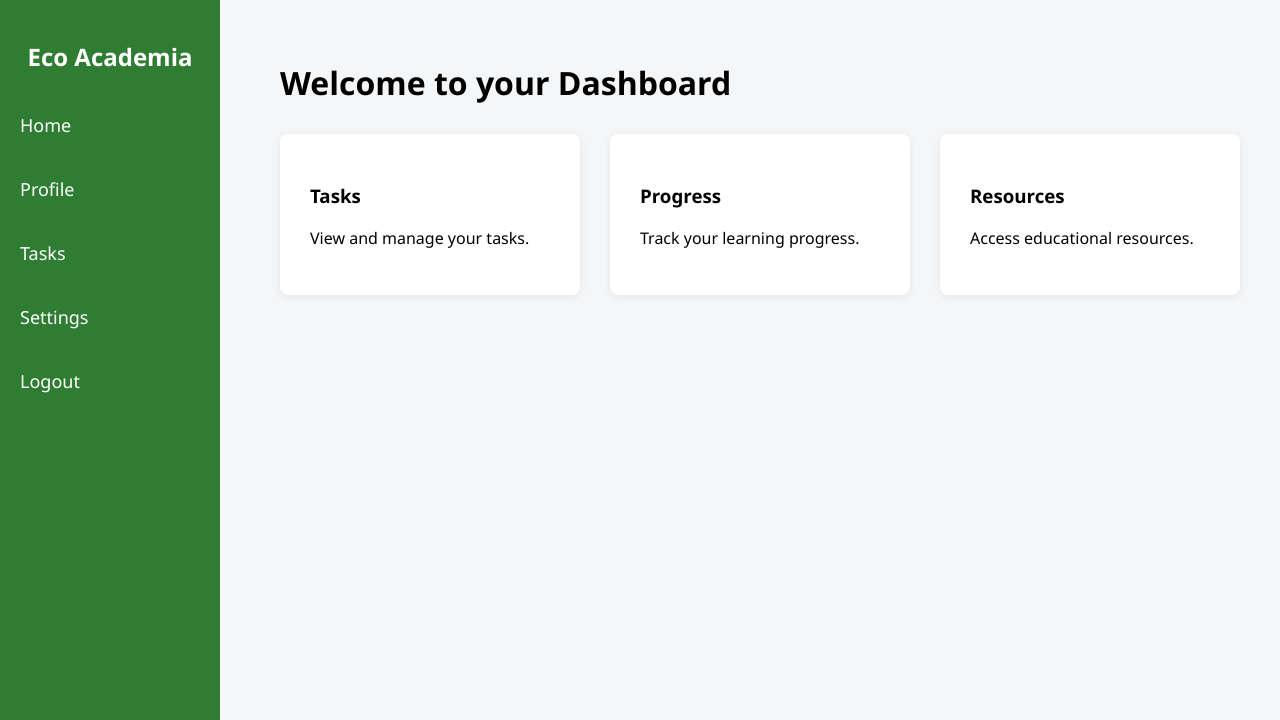
Repository: hotaruhshs/eco-academia
Page: dashboard/index.html
The author's editor kept a copy of each file at every save. The page is drawn from the files as they stood at one save, then again after the next save.
The browser window is 1280 px wide. The pictures show the whole page.

Above is the page before, as saved 2025-07-06 01:30:02.

### dashboard/index.html
<!DOCTYPE html>
<html lang="en">
  <head>
    <meta charset="UTF-8" />
    <meta name="viewport" content="width=device-width, initial-scale=1.0" />
    <title>Eco Academia Dashboard</title>
    <link rel="stylesheet" href="css/dashboard.css" />
  </head>
  <body>
    <div class="sidebar">
      <h2>Eco Academia</h2>
      <ul>
        <li><a href="#">Home</a></li>
        <li><a href="#">Profile</a></li>
        <li><a href="#">Tasks</a></li>
        <li><a href="#">Settings</a></li>
        <li><a href="#">Logout</a></li>
      </ul>
    </div>
    <div class="main-content">
      <h1>Welcome to your Dashboard</h1>
      <div class="cards">
        <div class="card">
          <h3>Tasks</h3>
          <p>View and manage your tasks.</p>
        </div>
        <div class="card">
          <h3>Progress</h3>
          <p>Track your learning progress.</p>
        </div>
        <div class="card">
          <h3>Resources</h3>
          <p>Access educational resources.</p>
        </div>
      </div>
    </div>
    <script src="js/dashboard.js"></script>
  </body>
</html>

### dashboard/css/dashboard.css
body {
  margin: 0;
  font-family: "Segoe UI", Tahoma, Geneva, Verdana, sans-serif;
  background: #f4f6f8;
}
.sidebar {
  position: fixed;
  left: 0;
  top: 0;
  width: 220px;
  height: 100%;
  background: #2e7d32;
  color: #fff;
  padding: 20px 0;
}
.sidebar h2 {
  text-align: center;
  margin-bottom: 30px;
}
.sidebar ul {
  list-style: none;
  padding: 0;
}
.sidebar ul li {
  margin: 20px 0;
}
.sidebar ul li a {
  color: #fff;
  text-decoration: none;
  font-size: 18px;
  display: block;
  padding: 10px 20px;
  border-radius: 4px;
  transition: background 0.2s;
}
.sidebar ul li a:hover {
  background: #388e3c;
}
.main-content {
  margin-left: 240px;
  padding: 40px;
}
.cards {
  display: flex;
  gap: 30px;
  margin-top: 30px;
}
.card {
  background: #fff;
  border-radius: 8px;
  box-shadow: 0 2px 8px rgba(0, 0, 0, 0.07);
  padding: 30px;
  flex: 1;
  min-width: 200px;
  transition: box-shadow 0.2s;
}
.card:hover {
  box-shadow: 0 4px 16px rgba(46, 125, 50, 0.15);
}

### dashboard/js/dashboard.js
// dashboard.js
// Add interactivity here if needed
console.log('Dashboard loaded');

After the next save:
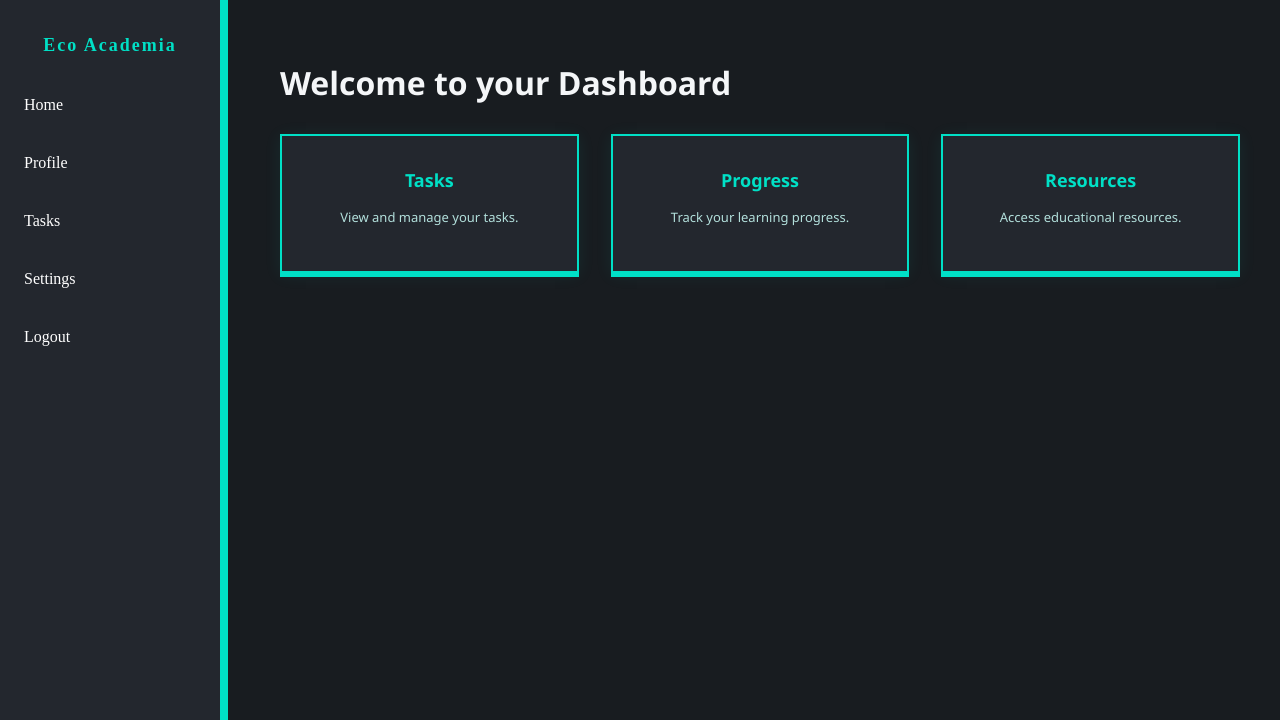
Saved 35 s later.
--- a/dashboard/css/dashboard.css
+++ b/dashboard/css/dashboard.css
@@ -1,21 +1,30 @@
 body {
   margin: 0;
-  font-family: "Segoe UI", Tahoma, Geneva, Verdana, sans-serif;
-  background: #f4f6f8;
+  font-family: 'Press Start 2P', 'Segoe UI', Tahoma, Geneva, Verdana, sans-serif;
+  background: #181c20;
+  color: #f4f6f8;
 }
+@import url('https://fonts.googleapis.com/css2?family=Press+Start+2P&display=swap');
+
 .sidebar {
   position: fixed;
   left: 0;
   top: 0;
   width: 220px;
   height: 100%;
-  background: #2e7d32;
+  background: #23272e;
   color: #fff;
   padding: 20px 0;
+  box-shadow: 4px 0 0 #00e0c6;
+  border-right: 4px solid #00e0c6;
 }
 .sidebar h2 {
   text-align: center;
   margin-bottom: 30px;
+  font-family: 'Press Start 2P', cursive;
+  font-size: 18px;
+  letter-spacing: 2px;
+  color: #00e0c6;
 }
 .sidebar ul {
   list-style: none;
@@ -27,33 +36,77 @@ body {
 .sidebar ul li a {
   color: #fff;
   text-decoration: none;
-  font-size: 18px;
+  font-size: 16px;
   display: block;
   padding: 10px 20px;
-  border-radius: 4px;
-  transition: background 0.2s;
+  border-radius: 0;
+  border-left: 4px solid transparent;
+  transition: background 0.2s, border-color 0.2s;
+  font-family: 'Press Start 2P', cursive;
 }
 .sidebar ul li a:hover {
-  background: #388e3c;
+  background: #1a1d22;
+  border-left: 4px solid #00e0c6;
+  color: #00e0c6;
 }
 .main-content {
   margin-left: 240px;
   padding: 40px;
 }
 .cards {
-  display: flex;
-  gap: 30px;
+  display: grid;
+  grid-template-columns: repeat(auto-fit, minmax(220px, 1fr));
+  gap: 32px;
   margin-top: 30px;
 }
 .card {
-  background: #fff;
-  border-radius: 8px;
-  box-shadow: 0 2px 8px rgba(0, 0, 0, 0.07);
-  padding: 30px;
-  flex: 1;
-  min-width: 200px;
-  transition: box-shadow 0.2s;
+  background: #23272e;
+  border-radius: 0;
+  box-shadow: 0 4px 0 #00e0c6, 0 2px 16px rgba(0,224,198,0.08);
+  padding: 32px 24px;
+  border: 2px solid #00e0c6;
+  color: #fff;
+  font-family: 'Press Start 2P', 'Segoe UI', Tahoma, Geneva, Verdana, sans-serif;
+  text-align: center;
+  transition: box-shadow 0.2s, border-color 0.2s;
+  position: relative;
 }
 .card:hover {
-  box-shadow: 0 4px 16px rgba(46, 125, 50, 0.15);
+  box-shadow: 0 8px 0 #00e0c6, 0 4px 32px rgba(0,224,198,0.18);
+  border-color: #fff;
 }
+.card h3 {
+  margin-top: 0;
+  font-size: 18px;
+  color: #00e0c6;
+  margin-bottom: 16px;
+}
+.card p {
+  font-size: 13px;
+  color: #b2dfdb;
+}
+
+/* Pixel-style button */
+.btn-pixel {
+  font-family: 'Press Start 2P', cursive;
+  background: #00e0c6;
+  color: #23272e;
+  border: 2px solid #fff;
+  padding: 10px 24px;
+  border-radius: 0;
+  box-shadow: 2px 2px 0 #fff;
+  cursor: pointer;
+  transition: background 0.2s, color 0.2s;
+}
+.btn-pixel:hover {
+  background: #fff;
+  color: #00e0c6;
+}
+
+::-webkit-scrollbar {
+  width: 8px;
+  background: #23272e;
+}
+::-webkit-scrollbar-thumb {
+  background: #00e0c6;
+}
